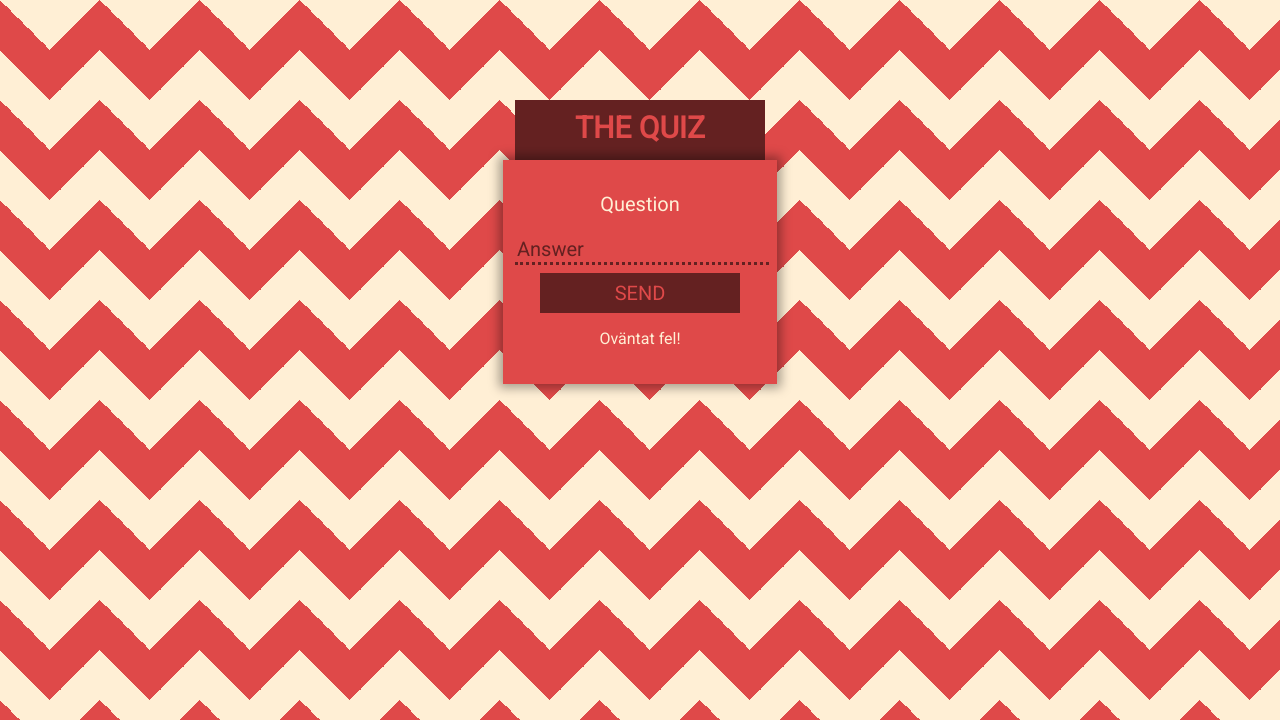
Repository: rs222kn/1dv403-laborationer
Page: 4-thequiz/index.html
The author's editor kept a record of every edit. The page is drawn from the files as they stood at one moment, then again after the next edit.
The browser window is 1280 px wide. The pictures show the whole page.
The page's requests for data from a server got no answer.

Above is the page before.

After the next edit:
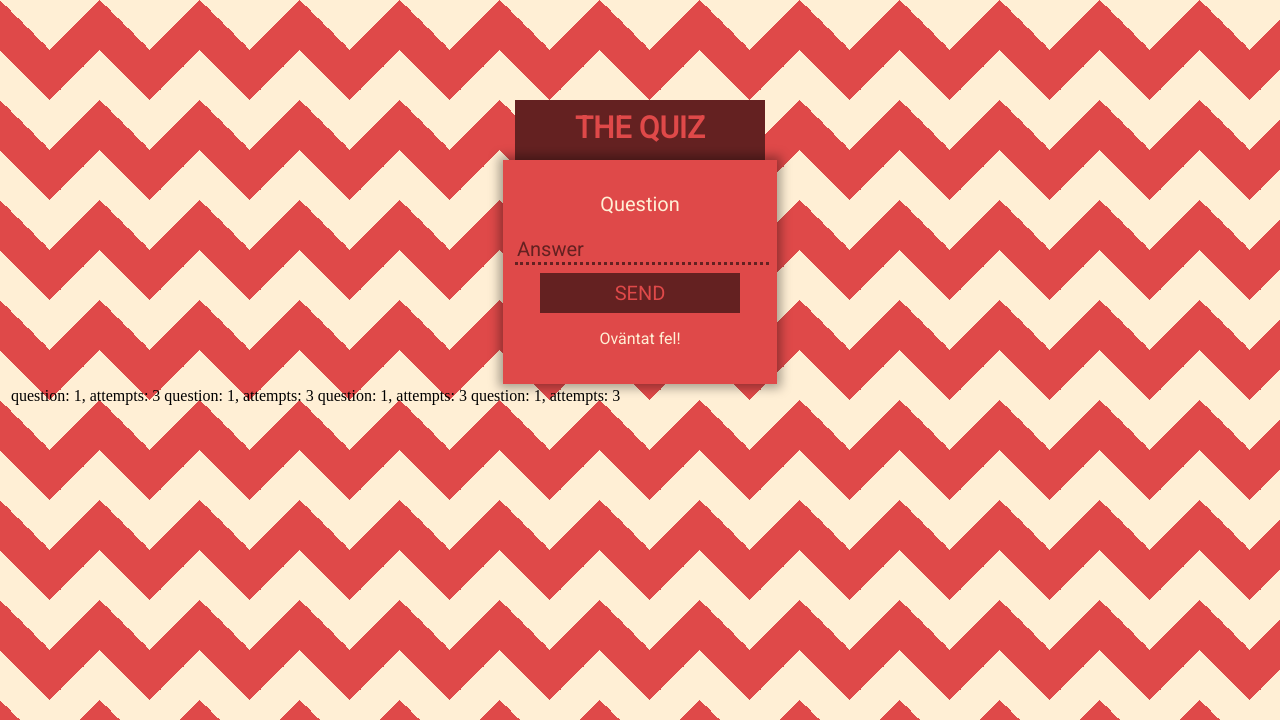
The edit:
--- a/4-thequiz/index.html
+++ b/4-thequiz/index.html
@@ -18,10 +18,10 @@
             <div id="result" class="hide">
                 <table>
                     <tr>
-                        <td></td>
-                        <td></td>
-                        <td></td>
-                        <td></td>
+                        <td>question: 1, attempts: 3</td>
+                        <td>question: 1, attempts: 3</td>
+                        <td>question: 1, attempts: 3</td>
+                        <td>question: 1, attempts: 3</td>
                     </tr>
                 </table>
             </div>

After the edit that followed:
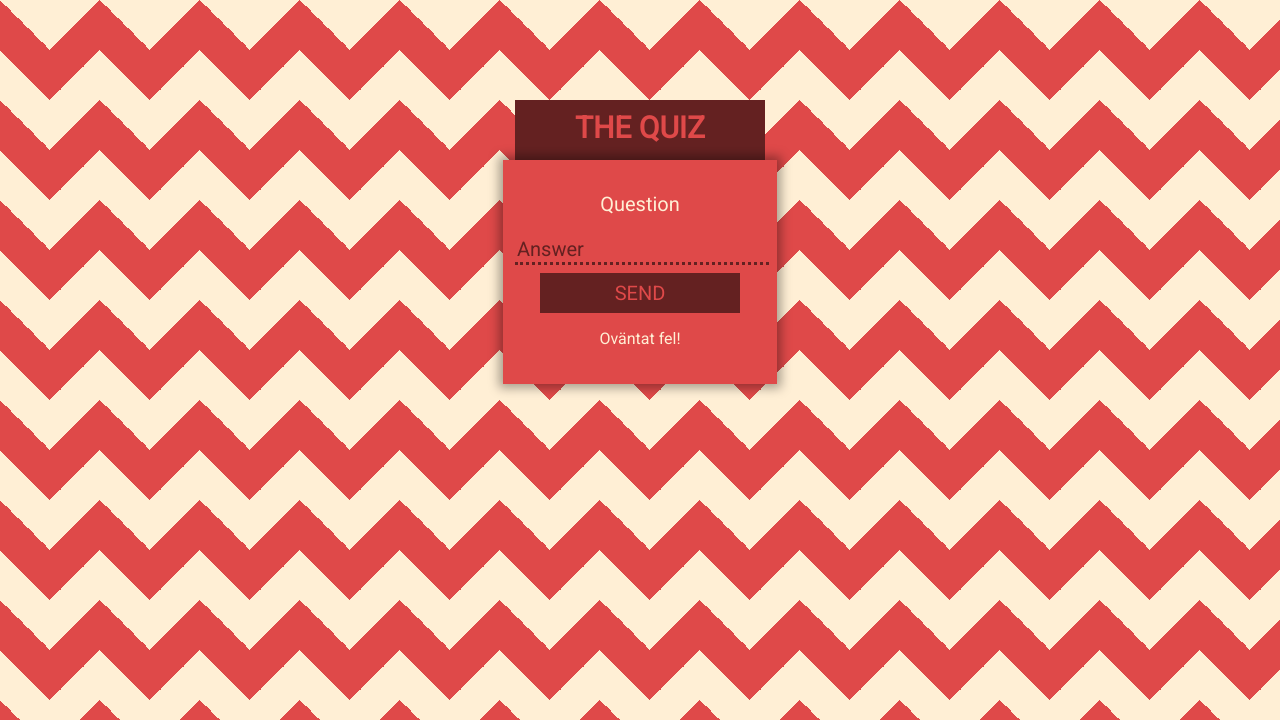
The edit:
--- a/4-thequiz/index.html
+++ b/4-thequiz/index.html
@@ -17,12 +17,7 @@
             </section>
             <div id="result" class="hide">
                 <table>
-                    <tr>
-                        <td>question: 1, attempts: 3</td>
-                        <td>question: 1, attempts: 3</td>
-                        <td>question: 1, attempts: 3</td>
-                        <td>question: 1, attempts: 3</td>
-                    </tr>
+
                 </table>
             </div>
         </main>
